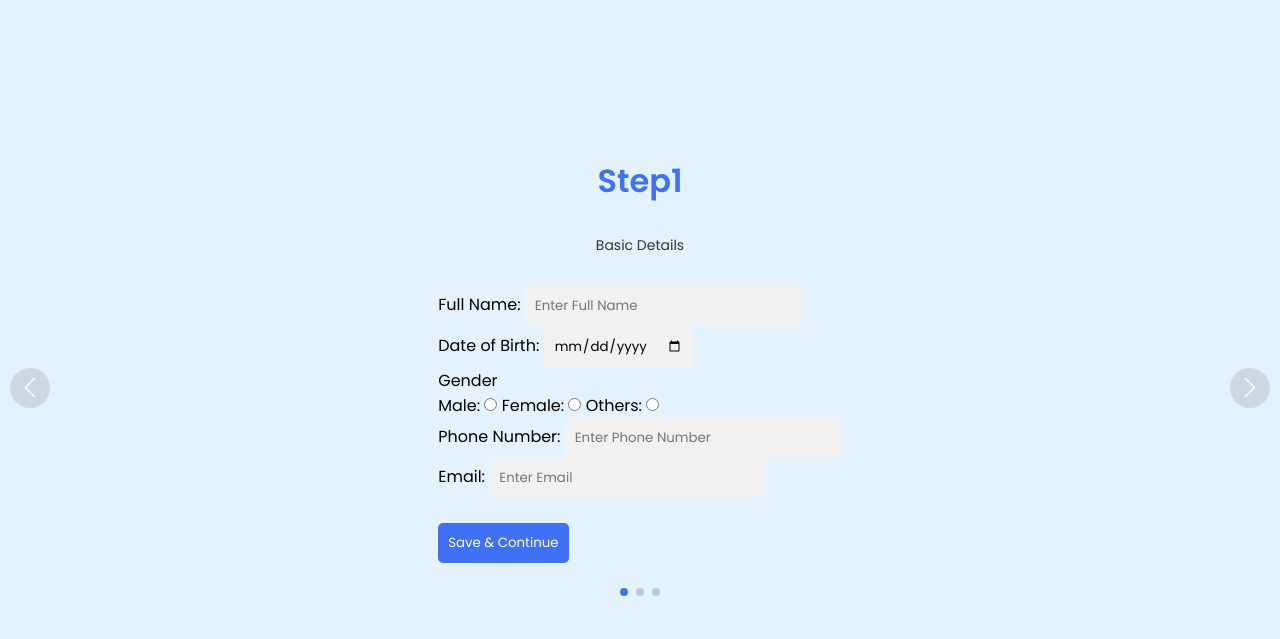
Repository: Habeebur1493/-22-multi-step-form
Page: index.html
The author's editor kept a copy of each file at every save. The page is drawn from the files as they stood at one save, then again after the next save.
The browser window is 1280 px wide. The pictures show the whole page.

Above is the page before, as saved 2024-10-13 13:14:28.

### index.html
<!DOCTYPE html>
<html lang="en">
  <head>
    <meta charset="UTF-8" />
    <meta http-equiv="X-UA-Compatible" content="IE=edge" />
    <meta name="viewport" content="width=device-width, initial-scale=1.0" />
    <title>Responsive Testimonial Slider</title>

    <!-- Swiper CSS -->
    <link rel="stylesheet" href="css/swiper-bundle.min.css" />

    <!-- CSS -->
    <link rel="stylesheet" href="css/style.css" />

    <!-- Boxicons CSS -->
    <link
      href="https://unpkg.com/boxicons@2.1.2/css/boxicons.min.css"
      rel="stylesheet"
    />
  </head>
  <body>
    <section class="container">
      <div class="testimonial mySwiper">
        <div class="testi-content swiper-wrapper">
          <div class="slide swiper-slide">
            <h1>Step1</h1>
            <p>Basic Details</p>
            <form action="">
              Full Name:
              <input type="text" placeholder="Enter Full Name" />
              <br>
              Date of Birth:
              <input type="date" placeholder="Date of Birth" />
              <br>
              Gender
              <br>
              Male:
              <input type="radio" name="Gender:" id="">
              Female:
              <input type="radio" name="Gender:" id="">
              Others:
              <input type="radio" name="Gender:" id="">
              <br>
              Phone Number:
              <input type="number" placeholder="Enter Phone Number" />
              <br>
              Email:
              <input type="email" placeholder="Enter Email" />
              <br>
              <br>
              <button type="save">Save & Continue</button>
            </form>
          </div>
          <div class="slide swiper-slide">
            <h1>Step2</h1>
            <p>Medical Fitness</p>
           <form action="">
              Height:
              <input type="number" placeholder="Enter Height" />
              <br>
              Weight:
              <input type="number" placeholder="Enter Weight" />
              <br>
              Blood Group:
              <select name="Blood Group" id="">
                <option value="A+">A+</option>
                <option value="A-">A-</option>
                <option value="B+">B+</option>
                <option value="B-">B-</option>
                <option value="AB+">AB+</option>
                <option value="AB-">AB-</option>
                <option value="O+">O+</option>
                <option value="O-">O-</option>
              </select>
              <br>
              Eye Power:
              <input type="range" min="0" max="100" step="10" value="50"  id="slider"/>
              <br>
              <br>
              <button type="save">Save & Continue</button>
           </form>
          </div>

          <div class="slide swiper-slide">

            <h1>Step3</h1>
            <p>Personal Details</p>
            <form action="">
              Address:
              <input type="text" placeholder="Enter Address" />
              <br>
              Pincode:
              <input type="number" placeholder="Enter Pincode" />
              <br>
              State:
              <select name="State" id="">
                <option value="Tamil Nadu">Tamil Nadu</option>
                <option value="Maharastra">Maharastra</option>
                <option value="Kerala">Kerala</option>
                <option value="Andra Pradesh">Andra Pradesh</option>
                <option value="Madhya Pradesh">Madhya Pradesh</option>
                <option value="Odisa">Odisa</option>
                <option value="Telengana">Telengana</option>
                <option value="Gujarat">Gujarat</option>
                <option value="Uttar Pradesh">Uttar Pradesh</option>
                <option value="Haryana">Haryana</option>
                <option value="Punjab">Punjab</option>
                <option value="Rajasthan">Rajasthan</option>
              </select>
              <br>
              City:
              <select name="City" id="">
                <option value="Chennai">Chennai</option>
                <option value="Madurai">Madurai</option>
                <option value="Trichy">Trichy</option>
                <option value="Coimbatore">Coimbatore</option>
                <option value="Salem">Salem</option>
                <option value="Nagercoil">Nagercoil</option>
                <option value="Vellore">Vellore</option>
                <option value="Kanchipuram">Kanchipuram</option>
                <option value="Tirunelveli">Tirunelveli</option>
              </select>
              <br>
              Feedback:
              <input type="text" placeholder="Enter Feedback" />
              <br>
              <br>
              <button type="save">Save & Continue</button>
            </form>
          </div>
        </div>
        <div class="swiper-button-next nav-btn"></div>
        <div class="swiper-button-prev nav-btn"></div>
        <div class="swiper-pagination"></div>
      </div>
    </section>

    <!-- Swiper JS -->
    <script src="js/swiper-bundle.min.js"></script>

    <!-- JavaScript -->
    <script src="js/script.js"></script>
  </body>
</html>

### css/style.css
/* Google Fonts - Poppins */
@import url("https://fonts.googleapis.com/css2?family=Poppins:wght@300;400;500;600&display=swap");

* {
  margin: 0;
  padding: 0;
  box-sizing: border-box;
  font-family: "Poppins", sans-serif;
}
.container {
  height: 100vh;
  width: 100%;
  display: flex;
  align-items: center;
  justify-content: center;
  background-color: #e3f2fd;
}
.testimonial{
  position: relative;
  max-width: 1400px;
  width: 100%;
  padding: 50px 0;
  overflow: hidden;
}

.testimonial .slide {
  display: flex;
  align-items: center;
  justify-content: center;
  flex-direction: column;
  row-gap: 30px;
  height: 100%;
  width: 100%;
}
.slide p {
  text-align: center;
  padding: 0 160px;
  font-size: 14px;
  font-weight: 400;
  color: #333;
}
.slide h1 {
  font-size: 32px;
  font-weight: 600;
  color: #4070f4;
}

.slide input {
  padding: 10px;
  border-radius: 5px;
  border: none;
  outline: none;
  background-color: #f1f1f1;
}

.slide button {
  padding: 10px;
  border-radius: 5px;
  border: none;
  outline: none;
  background-color: #4070f4;
  color: #fff;
  cursor: pointer;
  transition: 0.3s;
}
.slide button:hover {
  background-color: #0e4bf1;
}



.slide .quote-icon {
  font-size: 30px;
  color: #4070f4;
}
.slide .details {
  display: flex;
  flex-direction: column;
  align-items: center;
}
.details .name {
  font-size: 14px;
  font-weight: 600;
  color: #333;
}
.details .job {
  font-size: 12px;
  font-weight: 400;
  color: #333;
}
/* swiper button css */
.nav-btn {
  height: 40px;
  width: 40px;
  border-radius: 50%;
  transform: translateY(30px);
  background-color: rgba(0, 0, 0, 0.1);
  transition: 0.2s;
}
.nav-btn:hover {
  background-color: rgba(0, 0, 0, 0.2);
}
.nav-btn::after,
.nav-btn::before {
  font-size: 20px;
  color: #fff;
}
.swiper-pagination-bullet {
  background-color: rgba(0, 0, 0, 0.8);
}
.swiper-pagination-bullet-active {
  background-color: #4070f4;
}
@media screen and (max-width: 768px) {
  .slide p {
    padding: 0 20px;
  }
  .nav-btn {
    display: none;
  }
}

### js/script.js
var swiper = new Swiper(".mySwiper", {
  slidesPerView: 1,
  grabCursor: true,
  loop: true,
  pagination: {
    el: ".swiper-pagination",
    clickable: true,
  },
  navigation: {
    nextEl: ".swiper-button-next",
    prevEl: ".swiper-button-prev",
  },
});

Loaded but not shown: css/swiper-bundle.min.css (library); js/swiper-bundle.min.js (library)

After the next save:
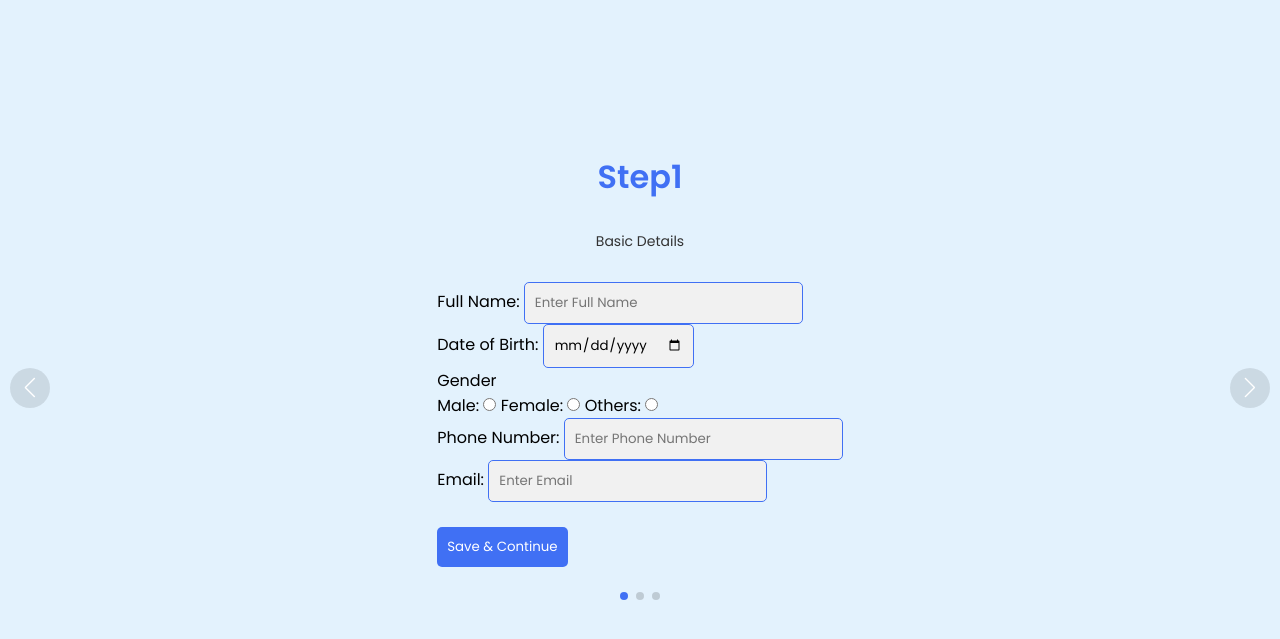
Saved 7 s later.
--- a/css/style.css
+++ b/css/style.css
@@ -48,7 +48,7 @@
 .slide input {
   padding: 10px;
   border-radius: 5px;
-  border: none;
+  border: 1px solid #4070f4;
   outline: none;
   background-color: #f1f1f1;
 }
